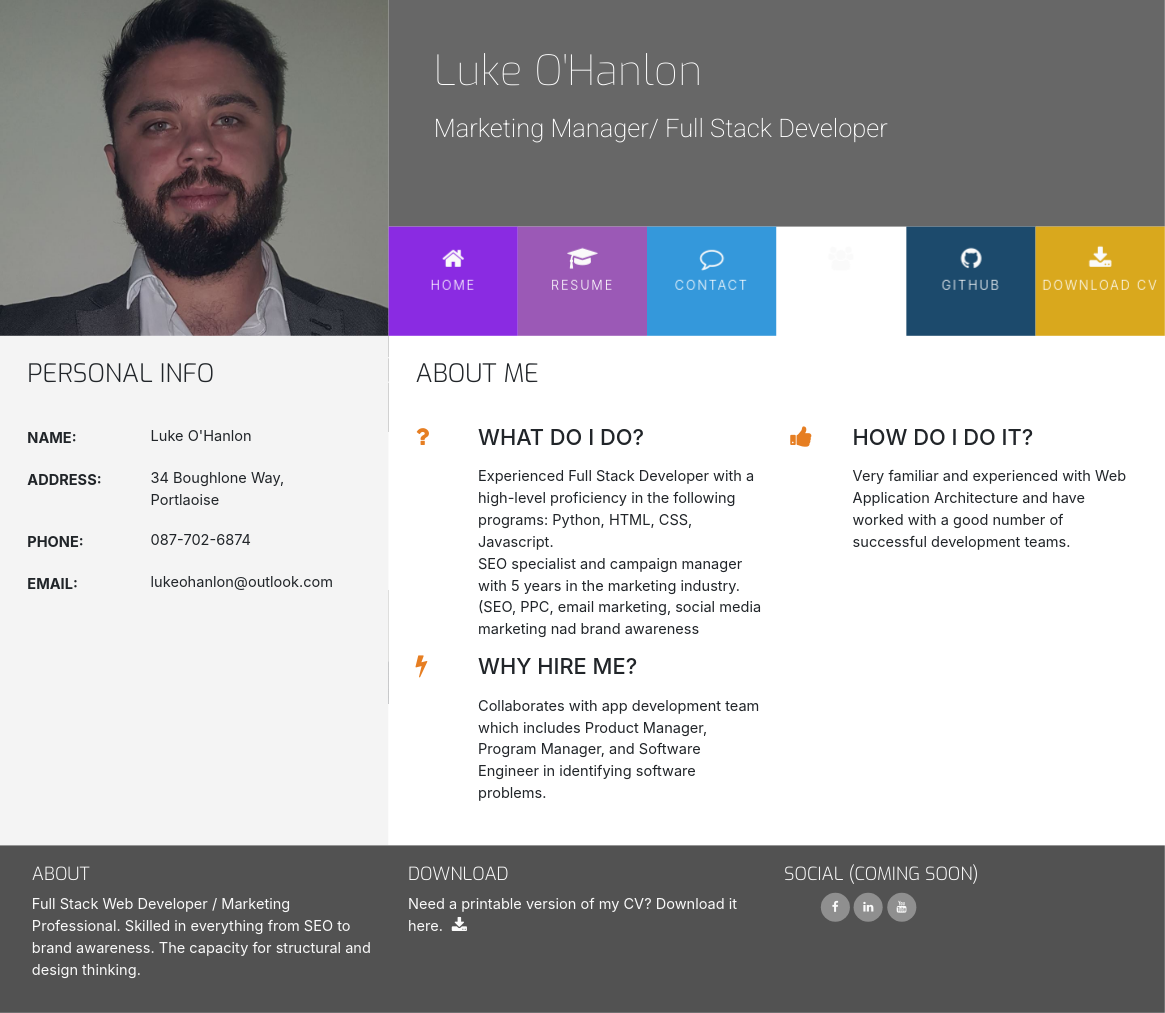
Repository: luke0han/my-resume
Page: index.html
The author's editor kept a record of every edit. The page is drawn from the files as they stood at one moment, then again after the next edit.
The browser window is 1280 px wide. The pictures show the whole page, at 91% of full size.

Above is the page before.
Console error: ReferenceError: emailjs is not defined

After the next edit:
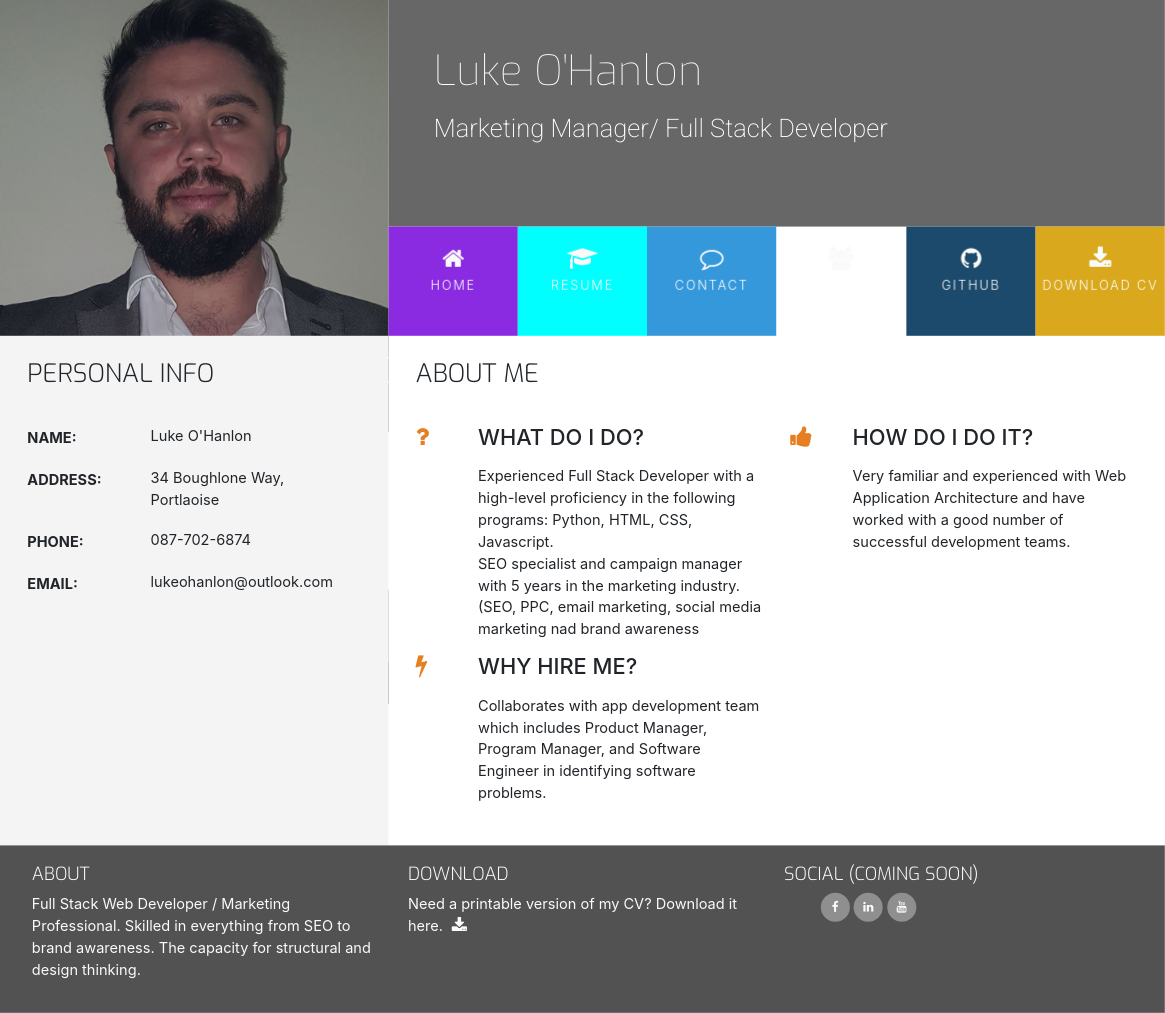
The edit:
--- a/assets/css/style.css
+++ b/assets/css/style.css
@@ -13,7 +13,7 @@
 }
 
 .ui-menu-color-resume {
-    background-color: #9b59b6;
+    background-color: #00FFFF;
 }
 
 .ui-menu-color-contact {
